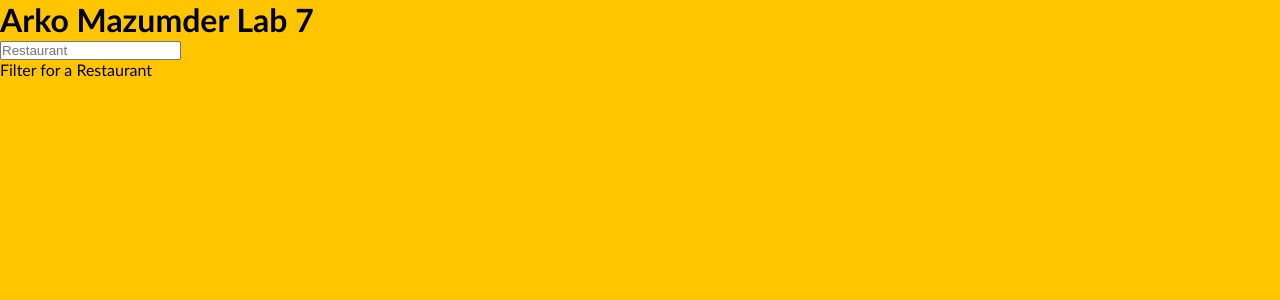
Repository: arkomz/INST377-Lab-Work
Page: client/lab_7/index.html
These files come from the project's save history. The page is drawn as it stood at one moment and after the next save; the edit follows.
The browser window is 1280 px wide. The pictures show the whole page.
The page's requests for data from a server got no answer. Some web libraries are served in a nearby version.

Above is the page before, as saved 2021-10-15 16:43:16.

### client/lab_7/index.html
<!DOCTYPE html>
<html lang="en">
<head>
  <meta charset="UTF-8">
  <title>Arko Mazumder Lab 7</title>
  <h1 class='title'> Arko Mazumder Lab 7</h1>
  <link rel="stylesheet" href="styles.css">
  <link rel="stylesheet" href="https://unpkg.com/leaflet@1.7.1/dist/leaflet.css"
  integrity="sha512-xodZBNTC5n17Xt2atTPuE1HxjVMSvLVW9ocqUKLsCC5CXdbqCmblAshOMAS6/keqq/sMZMZ19scR4PsZChSR7A=="
  crossorigin=""/>
  <script src="https://unpkg.com/leaflet@1.7.1/dist/leaflet.js"
  integrity="sha512-XQoYMqMTK8LvdxXYG3nZ448hOEQiglfqkJs1NOQV44cWnUrBc8PkAOcXy20w0vlaXaVUearIOBhiXZ5V3ynxwA=="
  crossorigin=""></script>
</head>
<body>

  <form class="search-form">
    <input type="text" class="search" placeholder="Restaurant">
    <ul class="suggestions">
      <li>Filter for a Restaurant</li>
    </ul>
  </form>
  <div id="mapid"></div>
  </body>
  <script src= "script.js"></script>
</html>

### client/lab_7/styles.css
* {
    margin: 0;
    padding: 0;
    box-sizing: border-box;
  }

  html {
    height: 100%;
  }

  body {
    height: 100%;
    margin: 0;
    padding: 0;
    font-family: ‘Segoe UI’, Candara, ‘Bitstream Vera Sans’, ‘DejaVu Sans’,
        ‘Bitsream Vera Sans’, ‘Trebuchet MS’, Verdana, ‘Verdana Ref’, sans-serif;
        background: #ffc600;;
  }

  /* Page Layout */
  .columns {
    display: flex;
    flex-wrap: wrap;
  }

  .wrapper {
    display: flex;
  }

  .container {
    max-width: 960px;
    margin-top: 25px;
  }

  .hl {
    background: #ffc600;
  }

  #mapid {
      height: 400px;
      width: 300px;
    }

### client/lab_7/script.js
async function windowActions() {

    const endpoint = 'https://data.princegeorgescountymd.gov/resource/umjn-t2iz.json';
    const restaurants = []
    const request = await fetch(endpoint)
      .then(blob => blob.json())
      .then(data => restaurants.push(...data));


    function findMatches(wordToMatch, restaurants) {
      return restaurants.filter(place => {

        const regex = new RegExp(wordToMatch, 'gi');
        return place.name.match(regex)
        return place.zip.match(regex)
      });
    }

    function mapInit() {
        var mymap = L.map('mapid').setView([51.505, -0.09], 13);
        L.tileLayer('https://api.mapbox.com/styles/v1/{id}/tiles/{z}/{x}/{y}?access_token={accessToken}', {
        attribution: 'Map data &copy; <a href="https://www.openstreetmap.org/copyright">OpenStreetMap</a> contributors, Imagery © <a href="https://www.mapbox.com/">Mapbox</a>',
        maxZoom: 18,
        id: 'mapbox/streets-v11',
        tileSize: 512,
        zoomOffset: -1,
        accessToken: 'pk.eyJ1IjoiYXJrb216OTEiLCJhIjoiY2t1c3RhaGFpNWk2cTJucWpzYno1cnZ6YiJ9.uw81Ywj5jrcHVHOD2NdNpw'
        }).addTo(mymap);
    }
    mapInit()

    function displayMatches(event) {
      const matchArray = findMatches(event.target.value, restaurants);
      const html = matchArray.map(place => {
        const regex = new RegExp(event.target.value, 'gi');
        const restaurantName = place.name.replace(regex, `<span class="hl">${event.target.value}</span>`);
        const zipName = place.zip.replace(regex, `<span class="hl">${event.target.value}</span>`);
        return `
          <li>
            <span class="name">${restaurantName}</span>
            <span class="zip">${zipName}</span>
          </li>
        `;
      }).join('');
      suggestions.innerHTML = html;
    }
    const searchInput = document.querySelector('.search');
    const suggestions = document.querySelector('.suggestions');

    searchInput.addEventListener('change', displayMatches);
    searchInput.addEventListener('keyup', (evt) => { displayMatches(evt) });

    }
    window.onload = windowActions;

After the next save:
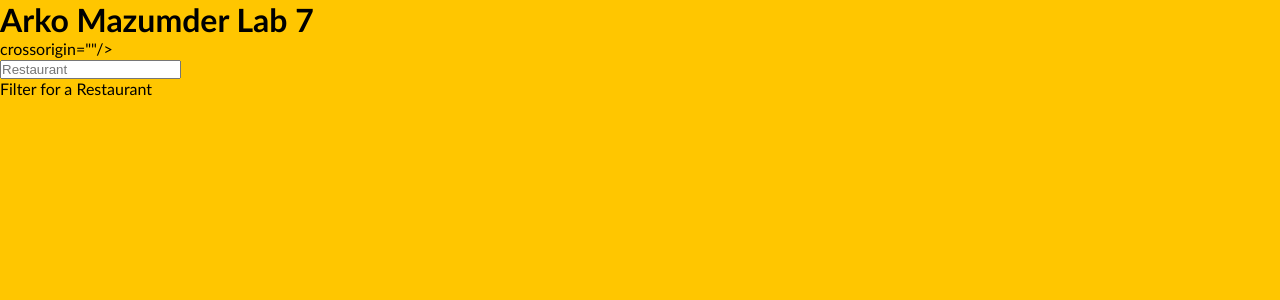
Saved 50 s later.
--- a/client/lab_7/index.html
+++ b/client/lab_7/index.html
@@ -6,6 +6,7 @@
   <h1 class='title'> Arko Mazumder Lab 7</h1>
   <link rel="stylesheet" href="styles.css">
   <link rel="stylesheet" href="https://unpkg.com/leaflet@1.7.1/dist/leaflet.css"
+  <link rel="stylesheet" href="https://cdn.jsdelivr.net/npm/bulma@0.9.3/css/bulma.min.css">
   integrity="sha512-xodZBNTC5n17Xt2atTPuE1HxjVMSvLVW9ocqUKLsCC5CXdbqCmblAshOMAS6/keqq/sMZMZ19scR4PsZChSR7A=="
   crossorigin=""/>
   <script src="https://unpkg.com/leaflet@1.7.1/dist/leaflet.js"
